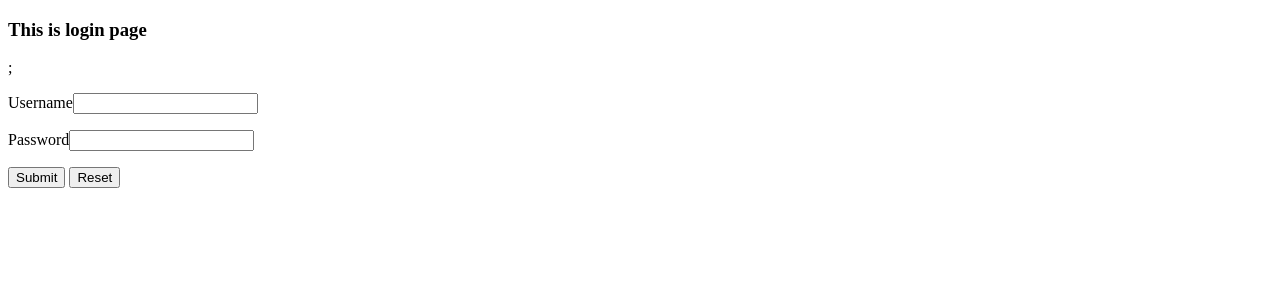
Repository: divyaabharathi/core-java
Page: simple-webapp/WebContent/login.html
These files come from the project's save history. The page is drawn as it stood at one moment and after the next save; the edit follows.
The browser window is 1280 px wide. The pictures show the whole page.

Above is the page before, as saved 2018-03-06 09:40:52.

### simple-webapp/WebContent/login.html
<!DOCTYPE html>
<html>
<head>
<meta charset="ISO-8859-1">
<title>Insert title here</title>
</head>
<body>
<h3>This is login page</h3>
<form action="LoginServelet" method="post">;
<p>Username<input type="text" name="un"></p>
<p>Password<input type="password" name="pw"></p>
<p><input type="submit" name="Login">
<input type="reset" name="Reset"></p>
</form>
</body>
</html>

After the next save:
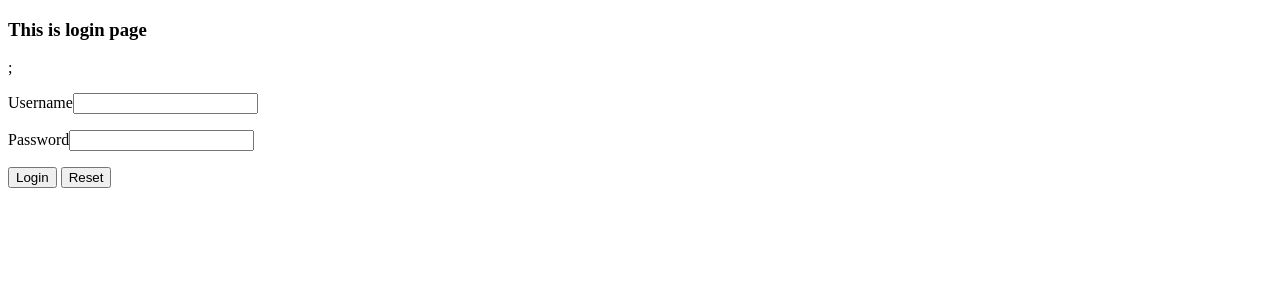
Saved 5 min 43 s later.
--- a/simple-webapp/WebContent/login.html
+++ b/simple-webapp/WebContent/login.html
@@ -9,8 +9,8 @@
 <form action="LoginServelet" method="post">;
 <p>Username<input type="text" name="un"></p>
 <p>Password<input type="password" name="pw"></p>
-<p><input type="submit" name="Login">
-<input type="reset" name="Reset"></p>
+<p><input type="submit" value="Login">
+<input type="reset" value="Reset"></p>
 </form>
 </body>
 </html>
